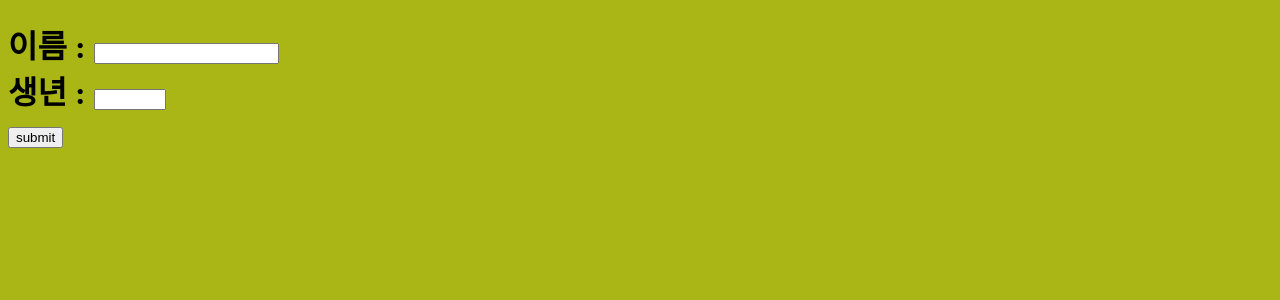
Repository: violetaplum/eclipseJSP
Page: http://localhost/JSP/inputAge.jsp
The author's editor kept a copy of each file at every save. The page is drawn from the files as they stood at one save, then again after the next save.
The browser window is 1280 px wide. The pictures show the whole page.
The page is served by Tomcat 9. Other server files are loaded and not shown.

Above is the page before, as saved 2019-06-05 10:10:10.

### JSP/WebContent/inputAge.jsp
<%@page import="java.util.*" %>
<%@ page language="java" contentType="text/html; charset=UTF-8" pageEncoding="utf-8"%>

<!DOCTYPE html>
<html>
<head>
<meta http-equiv="content-type" content="text/html; charset=utf-8" />
<script type="text/javascript">
function get()
{
	var name = document.getElementById("name")
	var year = parseInt((new Date().getFullYear()))
  	var age = year-parseInt(document.getElementById("year"))

if(name==""||year.length!=4)
{
  	alert("이름 혹은 생일을 다시 입력해 주세요..");
	  window.location.href="./inputAge.jsp"
}
else
	{
	window.location.href="./hello.html"
	}
}
</script>
<style>
body
{
  background: #a9b616;
}

</style>
  </head>
<body>

  <h1>
  이름 : <input id="name" type="text" name="name" /><br />
  생년 : <input id="year" type="number" min="1990" max="2019" name="year"/><br />
<input type="button" value="submit" onclick="get()">

  </body>
</html>
<!-- min="1900" max="2099" step="1"  -->

After the next save:
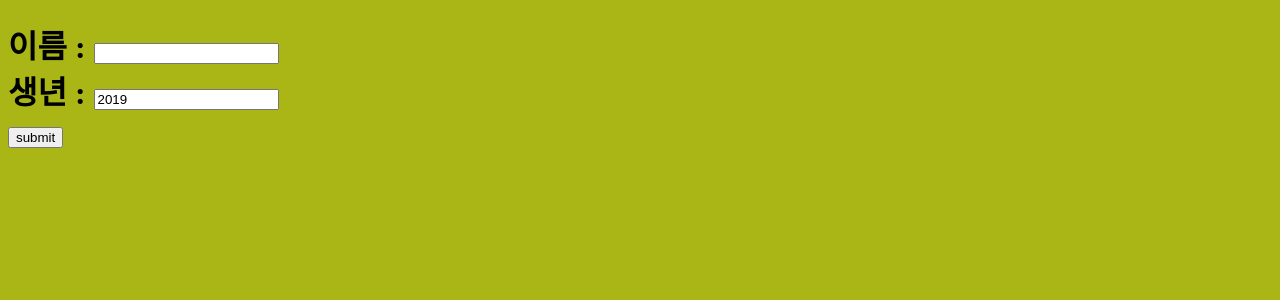
Saved 5 min 38 s later.
--- a/JSP/WebContent/inputAge.jsp
+++ b/JSP/WebContent/inputAge.jsp
@@ -5,39 +5,22 @@
 <html>
 <head>
 <meta http-equiv="content-type" content="text/html; charset=utf-8" />
-<script type="text/javascript">
-function get()
-{
-	var name = document.getElementById("name")
-	var year = parseInt((new Date().getFullYear()))
-  	var age = year-parseInt(document.getElementById("year"))
-
-if(name==""||year.length!=4)
-{
-  	alert("이름 혹은 생일을 다시 입력해 주세요..");
-	  window.location.href="./inputAge.jsp"
-}
-else
-	{
-	window.location.href="./hello.html"
-	}
-}
-</script>
 <style>
 body
 {
   background: #a9b616;
+
 }
 
 </style>
   </head>
 <body>
-
+  <form action="./outputAge.jsp" method="get">
   <h1>
-  이름 : <input id="name" type="text" name="name" /><br />
-  생년 : <input id="year" type="number" min="1990" max="2019" name="year"/><br />
-<input type="button" value="submit" onclick="get()">
-
+  이름 : <input type="text" name="name" /><br />
+  생년 : <input type="number" name="year" value="2019" /><br />
+<input type="submit" value="submit">
+    </form>
   </body>
 </html>
 <!-- min="1900" max="2099" step="1"  -->
